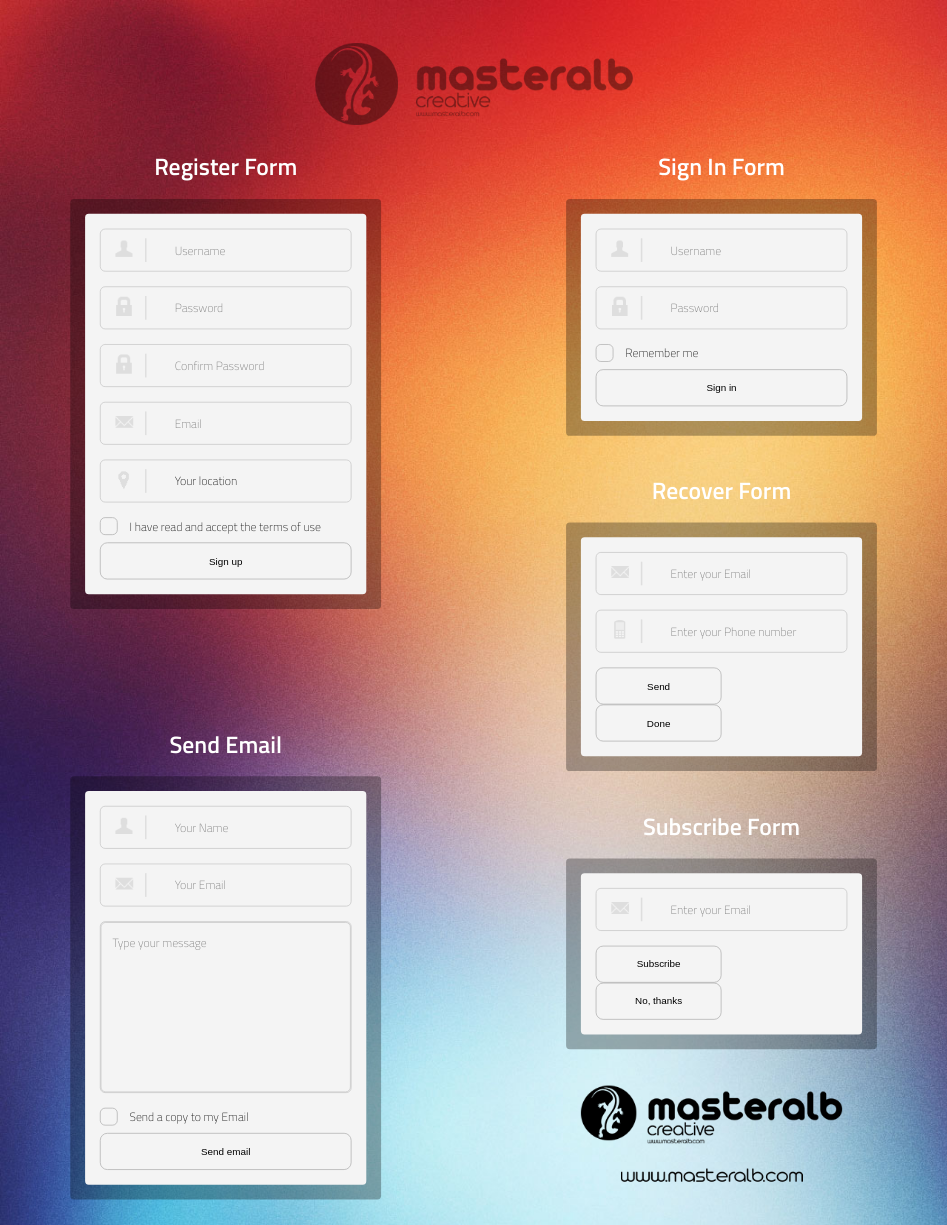
Repository: achwesiuk/PSD-Masteralb
Page: index.html
An editor plug-in stored every save of this project. The page is shown before and after the next save, followed by the edit.
The browser window is 1280 px wide. The pictures show the whole page, at 74% of full size.
Backgrounds fixed to the window are drawn as part of the page. The style sheet was rebuilt from its Sass, Less or Tailwind sources for each picture, by a compiler version that may differ from the author's.

Above is the page before, as saved 2021-03-16 19:19:59.

After the next save:
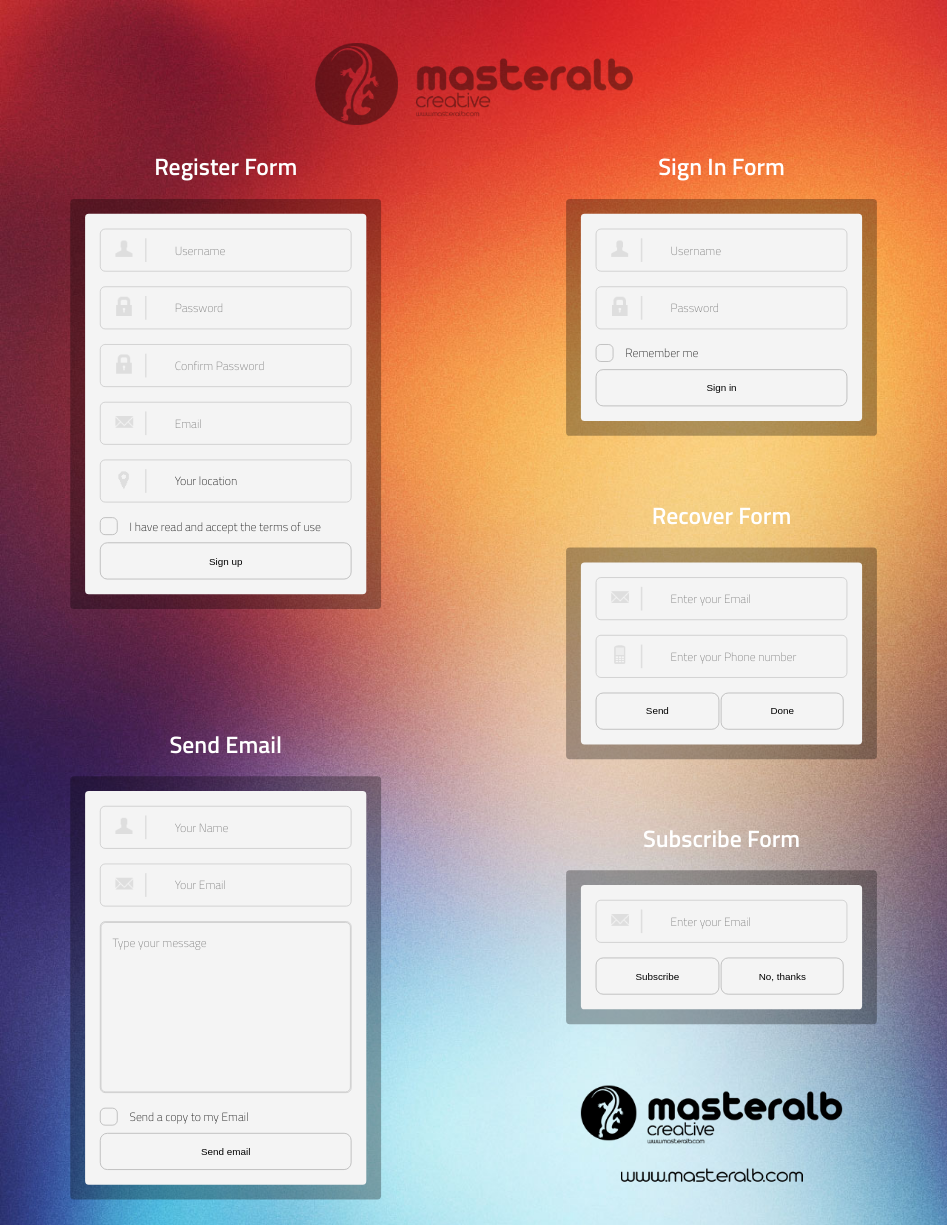
Saved 16 s later.
--- a/sass/main.scss
+++ b/sass/main.scss
@@ -199,7 +199,7 @@
 
          &--small {
              display: inline-block;
-             width: 50%;
+             width: 49%;
          }
      }
 }
